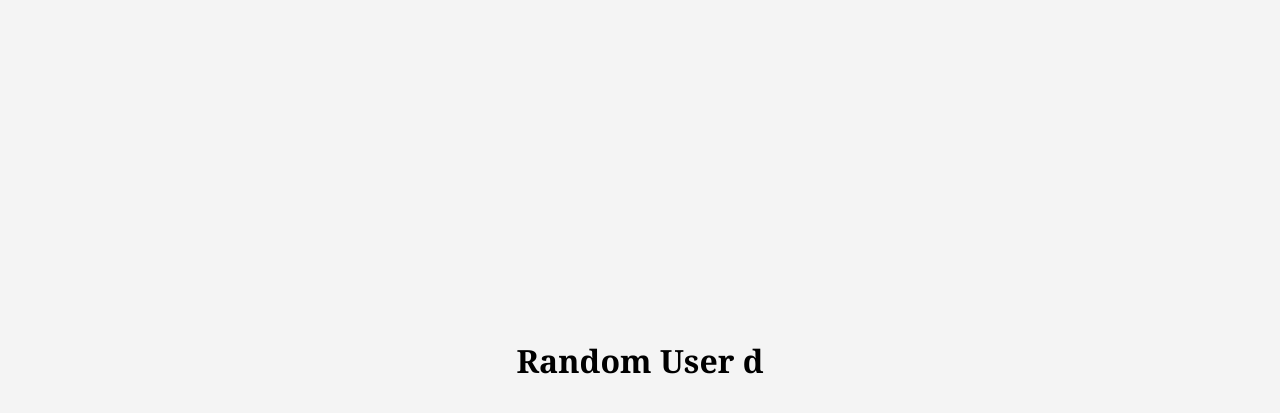
Repository: Patricious/Random_User-API
Page: /
These files come from the project's save history. The page is drawn as it stood at one moment and after the next save; the edit follows.
The browser window is 1280 px wide. The pictures show the whole page.
The project was rebuilt for these pictures with package versions that can differ from the ones it lists, and the page was loaded fresh each time.

Above is the page before, as saved 2021-08-17 08:37:10.

### src/index.js
import React from 'react';
import ReactDOM from 'react-dom';
import App from './App';



ReactDOM.render( < App / > ,
    document.getElementById('root')
);

### src/App.js
import './App.css';

function App() {
    return ( <
        div className = "App" >
        <
        h1 > Random User d < /h1>



        <
        /div>
    );
}

export default App;

### src/App.css
* {
    margin: 0;
    padding: 0;
    box-sizing: border-box;
}

.App {
    display: flex;
    flex-direction: column;
    justify-content: center;
    align-items: center;
    width: 100%;
    height: 100vh;
    overflow: hidden;
    background-color: #f4f4f4;
    font-family: Georgia, 'Times New Roman', Times, serif;
}

button {
    margin: 20px;
    color: #ffffff;
    background: #333333;
    padding: 10px;
    font-size: 16px;
}

img {
    width: 250px;
    height: 250px;
    margin: 10px 0;
    border-radius: 50%;
    border: 1px solid #dedede;
}

.app_user {
    width: auto;
    height: auto;
    display: flex;
    align-items: center;
    justify-content: center;
    flex-direction: column;
}

.app_icons {
    display: flex;
    align-items: center;
    justify-content: center;
}

.app_icons .fas {
    margin: 0 30px;
    transition: all 0.2s ease;
}

.app_icons .fas:hover {
    transform: scale(1.1);
    cursor: pointer;
}

Loaded but not shown: public/index.html (common file)

After the next save:
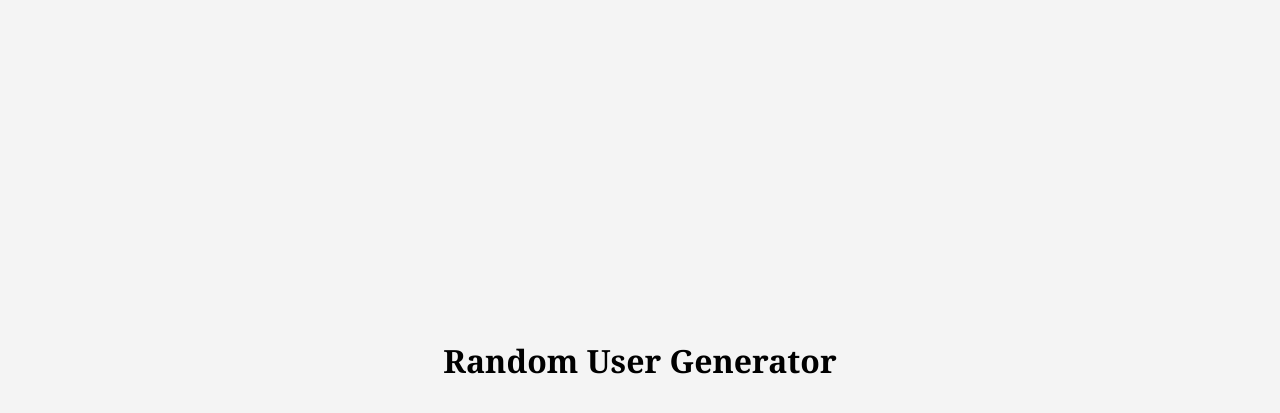
Saved 5 s later.
--- a/src/App.js
+++ b/src/App.js
@@ -4,7 +4,7 @@ function App() {
     return ( <
         div className = "App" >
         <
-        h1 > Random User d < /h1>
+        h1 > Random User Generator < /h1>
 
 
 
